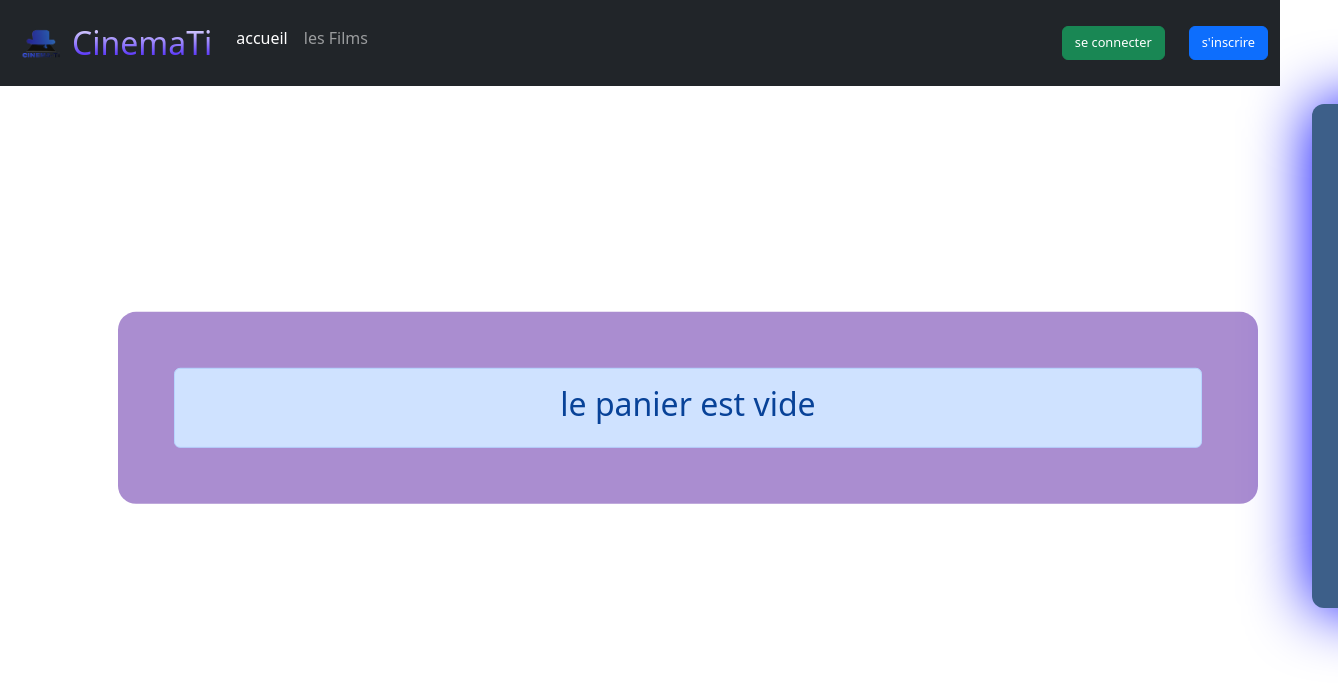
Repository: ahmed-rabah/cinemaMiniProject
Page: http://localhost/finaliserCommande.php
These files come from the project's save history. The page is drawn as it stood at one moment and after the next save; the edit follows.
The browser window is 1280 px wide. The page is 1280 px wide, then 1338 px, then 1280 px, so the pictures cover 1338 px, including what lies to the right of the window. The pictures show the whole page.
The page is run by PHP 8.4 with error messages shown; the project is at /var/www/html/.

Above is the page before, as saved 2023-01-12 21:03:32.
Console error: TypeError: Cannot read properties of null (reading 'addEventListener')

After the next save:
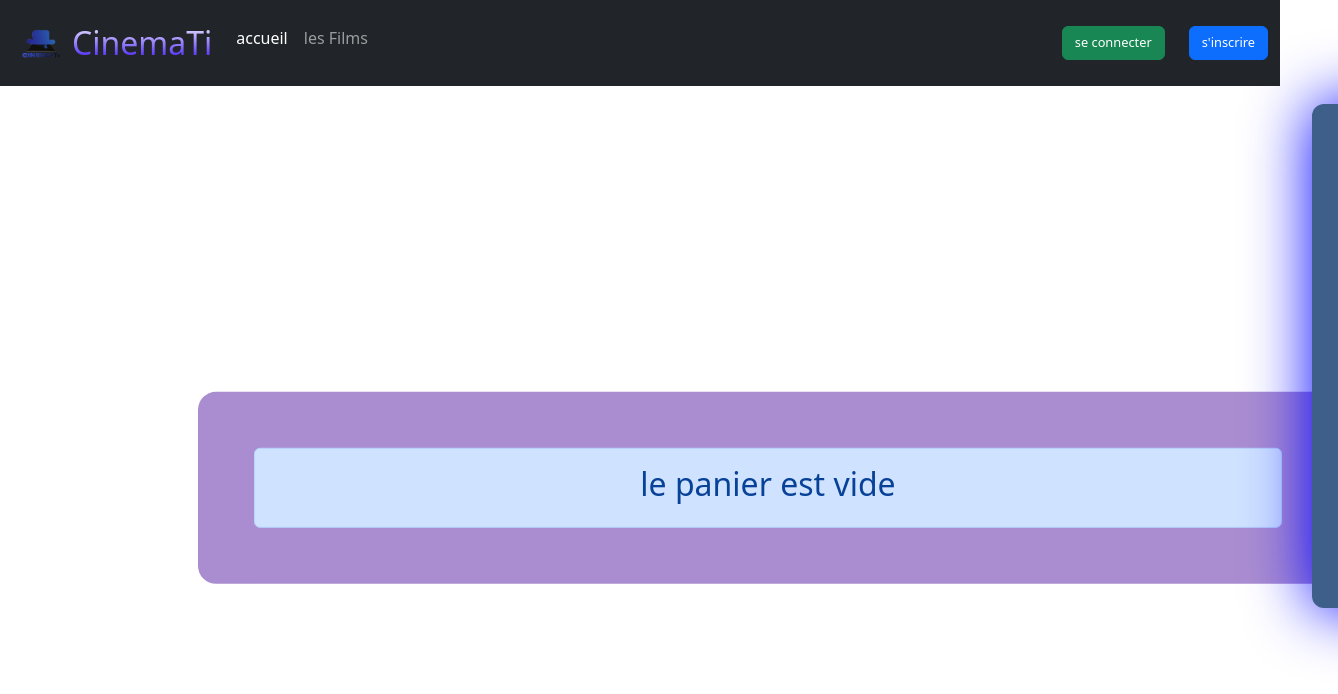
Saved 41 s later.
--- a/css/style.css
+++ b/css/style.css
@@ -128,7 +128,7 @@
     gap: 1em;
 }
 .container{
-    margin: 3em;
+    margin: 8em;
     padding: 3em;
     background-color : #46089875 ;
     border-radius: 18px;

After the save that followed:
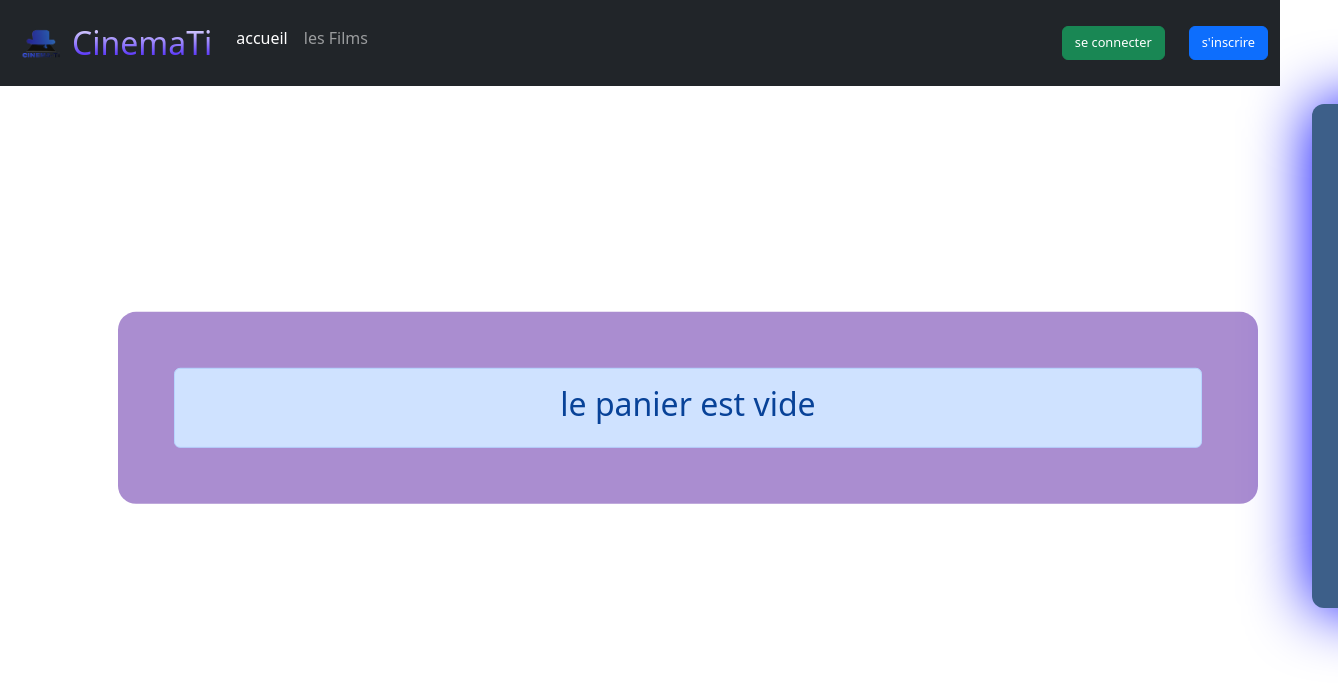
Saved 10 s later.
--- a/css/style.css
+++ b/css/style.css
@@ -128,7 +128,7 @@
     gap: 1em;
 }
 .container{
-    margin: 8em;
+    margin: 3em;
     padding: 3em;
     background-color : #46089875 ;
     border-radius: 18px;
